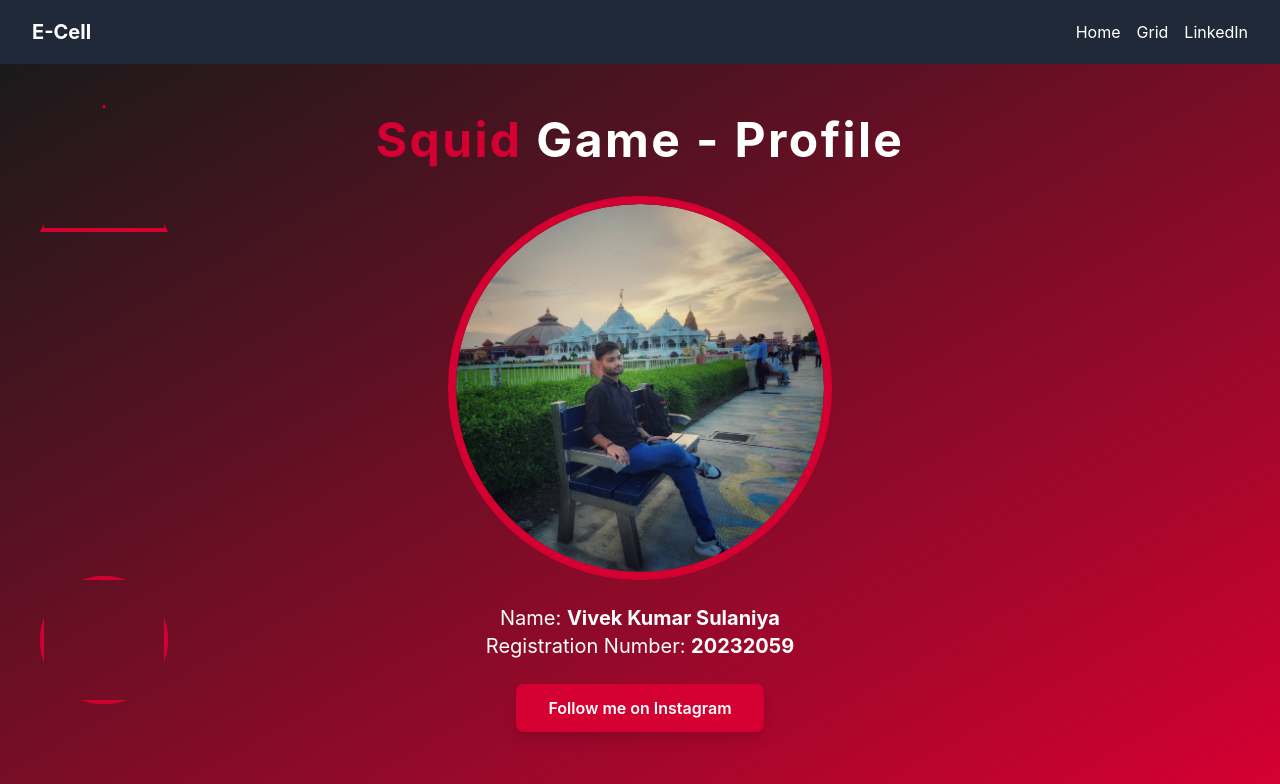
Repository: Vivek300705/Dashboard
Page: /second-page
These files come from the project's save history. The page is drawn as it stood at one moment and after the next save; the edit follows.
The browser window is 1280 px wide. The pictures show the whole page.
The project was rebuilt for these pictures with package versions that can differ from the ones it lists, and the page was loaded fresh each time. Also part of the build but not shown: src/components/Home.js.

Above is the page before, as saved 2025-01-22 23:19:22.

### src/App.js
import React from "react";
import { BrowserRouter as Router, Routes, Route } from "react-router-dom";
import Home from "./components/Home";
import Navbar from "./components/Navbar";
import SecondPage from "./components/Profile";// Import the Navbar component

function App() {
  return (
    <Router>
      <div className="App">
        <Navbar /> {/* Include Navbar Component */}
        <Routes>
          <Route path="/" element={<Home />} />
          <Route path="/second-page" element={<SecondPage />} />
          {/* Add other routes here */}
        </Routes>
      </div>
    </Router>
  );
}

export default App;

### src/components/Navbar.js
import React, { useState } from "react";
import { Link } from "react-router-dom";

const Navbar = () => {
  const [isMenuOpen, setIsMenuOpen] = useState(false);

  return (
    <nav className="bg-gray-800 text-white">
      <div className="max-w-7xl mx-auto px-4 sm:px-6 lg:px-8">
        <div className="flex justify-between items-center h-16">
          <div className="flex items-center">
            <Link
              to="/"
              className="text-xl font-bold text-white hover:text-gray-300"
            >
              E-Cell
            </Link>
          </div>
          <div className="hidden md:flex space-x-4">
            <Link className="hover:underline hover:text-gray-300" to="/second-page">
              Home
            </Link>
            <Link className="hover:underline hover:text-gray-300" to="/">
              Grid
            </Link>
            <a
              className="hover:underline hover:text-gray-300"
              href="https://www.linkedin.com/in/vivek-kumar-sulaniya-ba8204267/"
              target="_blank"
              rel="noopener noreferrer"
            >
              LinkedIn
            </a>
          </div>
          <div className="md:hidden">
            <button
              className="text-gray-300 hover:text-white focus:outline-none"
              onClick={() => setIsMenuOpen(!isMenuOpen)}
            >
              <svg
                className="h-6 w-6"
                xmlns="http://www.w3.org/2000/svg"
                fill="none"
                viewBox="0 0 24 24"
                stroke="currentColor"
              >
                {isMenuOpen ? (
                  <path
                    strokeLinecap="round"
                    strokeLinejoin="round"
                    strokeWidth={2}
                    d="M6 18L18 6M6 6l12 12"
                  />
                ) : (
                  <path
                    strokeLinecap="round"
                    strokeLinejoin="round"
                    strokeWidth={2}
                    d="M4 6h16M4 12h16M4 18h16"
                  />
                )}
              </svg>
            </button>
          </div>
        </div>
      </div>
      {/* Mobile Menu */}
      {isMenuOpen && (
        <div className="md:hidden">
          <div className="px-2 pt-2 pb-3 space-y-1 sm:px-3">
            <Link
              className="block text-white hover:underline hover:text-gray-300"
              to="/"
              onClick={() => setIsMenuOpen(false)}
            >
              Home
            </Link>
            <Link
              className="block text-white hover:underline hover:text-gray-300"
              to="/grid"
              onClick={() => setIsMenuOpen(false)}
            >
              Grid
            </Link>
            <a
              className="block text-white hover:underline hover:text-gray-300"
              href="https://www.linkedin.com/in/your-profile/"
              target="_blank"
              rel="noopener noreferrer"
              onClick={() => setIsMenuOpen(false)}
            >
              LinkedIn
            </a>
          </div>
        </div>
      )}
    </nav>
  );
};

export default Navbar;

### src/components/Profile.js
import React from "react";

function SecondPage() {
  const redirectToInstagram = () => {
    window.location.href = "https://www.instagram.com/vivvek_m/"; // Replace with actual Instagram handle
  };

  return (
    <div className="min-h-screen flex flex-col items-center justify-center bg-gradient-to-br from-[#1A1A1A] to-[#D50032] text-white relative">
      {/* Squid Game Style Header */}
      <div className="text-5xl font-bold mb-8 text-center tracking-wider">
        <span className="text-[#D50032]">Squid</span> Game - Profile
      </div>

      {/* Profile Picture Holder */}
      <div className="w-60 h-60 sm:w-72 sm:h-72 md:w-80 md:h-80 lg:w-96 lg:h-96 rounded-full overflow-hidden border-8 border-[#D50032] mb-6">
        <img
          src="/profile.jpeg" // Replace with your actual profile image path
          alt="Profile"
          className="object-cover w-full h-full rounded-full"
        />
      </div>

      {/* Name and Registration Number */}
      <div className="text-xl mb-6 text-center">
        <p>
          Name: <strong>Vivek Kumar Sulaniya</strong>
        </p>
        <p>
          Registration Number: <strong>20232059</strong>
        </p>
      </div>

      {/* Instagram Button */}
      <button
        onClick={redirectToInstagram}
        className="bg-[#D50032] hover:bg-[#A10026] text-white font-semibold py-3 px-8 rounded-lg shadow-lg transition duration-300 transform hover:scale-105"
        aria-label="Follow me on Instagram"
      >
        Follow me on Instagram
      </button>

      {/* Squid Game Shapes (Outline) */}
      <div className="absolute top-10 left-10 hidden sm:block">
        <div
          className="w-32 h-32 border-4 border-[#D50032] transition-transform duration-300 transform hover:scale-110"
          style={{
            clipPath: "polygon(50% 0%, 100% 100%, 0% 100%)", // Triangle shape
          }}
        ></div>
      </div>
      <div className="absolute bottom-10 right-10 hidden sm:block">
        <div
          className="w-40 h-40 border-4 border-[#D50032] transition-transform duration-300 transform hover:scale-110"
          style={{
            clipPath: "polygon(50% 0%, 61% 35%, 98% 35%, 68% 57%, 79% 91%, 50% 70%, 21% 91%, 32% 57%, 2% 35%, 39% 35%)", // Star shape
          }}
        ></div>
      </div>
      <div className="absolute bottom-20 left-10 hidden sm:block">
        <div
          className="w-32 h-32 border-4 border-[#D50032] transition-transform duration-300 transform hover:scale-110"
          style={{
            clipPath: "ellipse(50% 50% at 50% 50%)", // Ellipse shape
          }}
        ></div>
      </div>
    </div>
  );
}

export default SecondPage;

### tailwind.config.js
/** @type {import('tailwindcss').Config} */
module.exports = {
  content: ["./src/**/*.{html,js}"],
  theme: {
    extend: { colors: {
      squidRed: "#D62C2F",  // Custom Squid Game red
    },
    animation: {
      pulse: "pulse 1.5s ease-in-out infinite",  // Add custom animations
    }},
  },
  plugins: [],
}

Loaded but not shown: public/index.html (common file); src/index.js (common file); src/index.css (common file); src/reportWebVitals.js (common file)

After the next save:
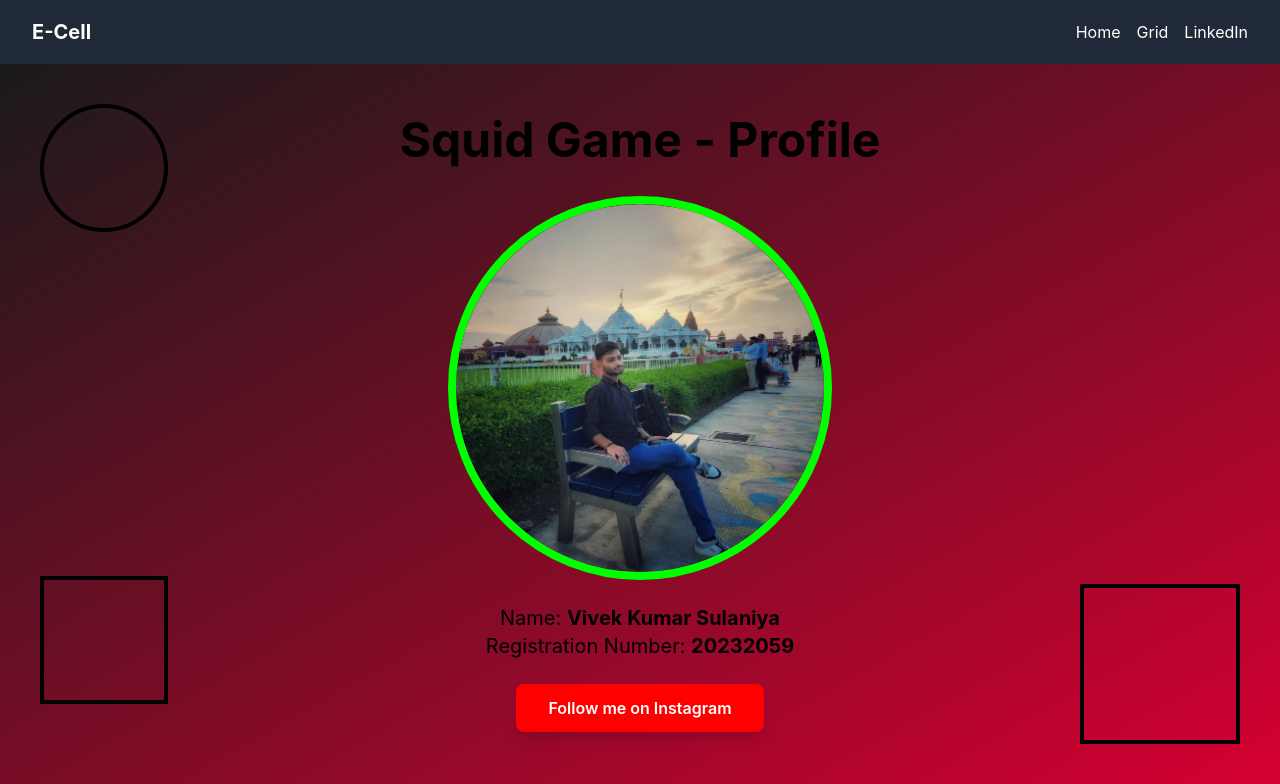
Saved 54 s later.
--- a/src/components/Profile.js
+++ b/src/components/Profile.js
@@ -6,14 +6,14 @@
   };
 
   return (
-    <div className="min-h-screen flex flex-col items-center justify-center bg-gradient-to-br from-[#1A1A1A] to-[#D50032] text-white relative">
+    <div className="min-h-screen flex flex-col items-center justify-center bg-gradient-to-br from-[#1A1A1A] to-[#D50032] text-black relative">
       {/* Squid Game Style Header */}
-      <div className="text-5xl font-bold mb-8 text-center tracking-wider">
-        <span className="text-[#D50032]">Squid</span> Game - Profile
+      <div className="text-5xl font-bold mb-8 text-center">
+        Squid Game - Profile
       </div>
 
       {/* Profile Picture Holder */}
-      <div className="w-60 h-60 sm:w-72 sm:h-72 md:w-80 md:h-80 lg:w-96 lg:h-96 rounded-full overflow-hidden border-8 border-[#D50032] mb-6">
+      <div className="w-60 h-60 sm:w-72 sm:h-72 md:w-80 md:h-80 lg:w-96 lg:h-96 rounded-full overflow-hidden border-8 border-[#00FF00] mb-6">
         <img
           src="/profile.jpeg" // Replace with your actual profile image path
           alt="Profile"
@@ -34,36 +34,21 @@
       {/* Instagram Button */}
       <button
         onClick={redirectToInstagram}
-        className="bg-[#D50032] hover:bg-[#A10026] text-white font-semibold py-3 px-8 rounded-lg shadow-lg transition duration-300 transform hover:scale-105"
+        className="bg-[#FF0000] hover:bg-[#CC0000] text-white font-semibold py-3 px-8 rounded-lg shadow-lg transition duration-300 transform hover:scale-105"
         aria-label="Follow me on Instagram"
       >
         Follow me on Instagram
       </button>
 
-      {/* Squid Game Shapes (Outline) */}
+      {/* Squid Game Shapes */}
       <div className="absolute top-10 left-10 hidden sm:block">
-        <div
-          className="w-32 h-32 border-4 border-[#D50032] transition-transform duration-300 transform hover:scale-110"
-          style={{
-            clipPath: "polygon(50% 0%, 100% 100%, 0% 100%)", // Triangle shape
-          }}
-        ></div>
+        <div className="w-32 h-32 bg-transparent border-4 border-black rounded-full animate-pulse transition-transform duration-300 transform hover:scale-110"></div>
       </div>
       <div className="absolute bottom-10 right-10 hidden sm:block">
-        <div
-          className="w-40 h-40 border-4 border-[#D50032] transition-transform duration-300 transform hover:scale-110"
-          style={{
-            clipPath: "polygon(50% 0%, 61% 35%, 98% 35%, 68% 57%, 79% 91%, 50% 70%, 21% 91%, 32% 57%, 2% 35%, 39% 35%)", // Star shape
-          }}
-        ></div>
+        <div className="w-40 h-40 bg-transparent border-4 border-black border-solid transition-transform duration-300 transform hover:scale-110"></div>
       </div>
       <div className="absolute bottom-20 left-10 hidden sm:block">
-        <div
-          className="w-32 h-32 border-4 border-[#D50032] transition-transform duration-300 transform hover:scale-110"
-          style={{
-            clipPath: "ellipse(50% 50% at 50% 50%)", // Ellipse shape
-          }}
-        ></div>
+        <div className="w-32 h-32 bg-transparent border-4 border-black transition-transform duration-300 transform hover:scale-110"></div>
       </div>
     </div>
   );
